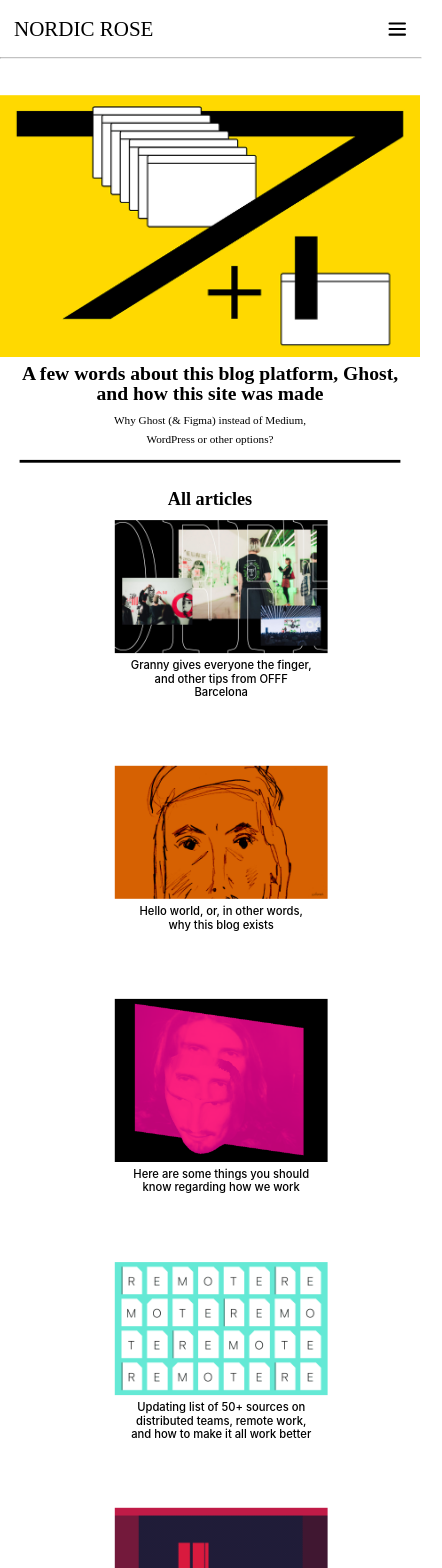
Repository: ThuTrang-jvb/JVB-BT1
Page: Page 2/listing.html
An editor plug-in stored every save of this project. The page is shown before and after the next save, followed by the edit.
The browser window is 600 px wide. The page is 632 px wide, so the pictures cover 632 px, including what lies to the right of the window. The pictures show the part of the page from y = 0 to 2240 px (the page is 3201 px tall), at 70% of full size.

Above is the page before, as saved 2025-06-27 08:59:13.

### Page 2/listing.html
<!DOCTYPE html>
<html lang="en">
<head>
    <meta charset="UTF-8">
    <meta name="viewport" content="width=device-width, initial-scale=1.0">
    <link rel="stylesheet" href="styleListing.css">
    <title>NORDIC ROSE</title>
</head>
<body>
    <div class="header">
        <h1>NORDIC ROSE</h1>
        <div class="nav">
            <p>blog</p>
            <p>about</p>
            <p>links</p>
            <p>projects</p>
        </div>
        <div class="hamburger">
            <span></span>
            <span></span>
            <span></span>
        </div>
    </div>
    <hr>

    <div class="main">
        <div class="title">
            <img src="image/image 2.png" alt="image 2">
            <h1>A few words about this blog platform, Ghost, and how this site was made</h1>
            <p>Why Ghost (& Figma) instead of Medium, <br> WordPress or other options?</p>
            <hr>
        </div>

        <div class="articles">
            <h2>All articles</h2>
            <div class="image_desktop">
                <div class="image">
                    <img src="image/image.png" alt="Rectangle 12">
                    <p>Here are some things you should know regarding how we work </p>
                </div>
                <div class="image">
                    <img src="image/image1.png" alt="Rectangle 13">
                    <p>Granny gives everyone the finger, and other tips from OFFF Barcelona</p>
                </div>
                <div class="image">
                    <img src="image/image2.png" alt="Rectangle 13" >
                    <p>Hello world, or, in other words, why this blog exists </p>
                </div>
                <div class="image">
                    <img src="image/image3.png" alt="Rectangle 12">
                    <p>Here are some things you should know regarding how we work  </p>
                </div>
                <div class="image">
                    <img src="image/image4.png" alt="Rectangle 14">
                    <p>Connecting artificial intelligence with digital product design</p>
                </div>
                <div class="image">
                    <img src="image/image5.png" alt="Rectangle 15">
                    <p>It’s all about finding the perfect balance </p>
                </div>
                <div class="image">
                    <img src="image/image6.png" alt="Rectangle 12">
                    <p>I believe learning is the most important skill</p>
                </div>
                <div class="image">
                    <img src="image/image7.png" alt="Rectangle 13">
                    <p>Clients are part of the team</p>
                </div>
                <div class="image">
                    <img src="image/image8.png" alt="Rectangle 19">
                    <p>Clients are part of the team</p>
                </div>
                <div class="image">
                    <img src="image/image9.png" alt="Rectangle 17">
                    <p>Here are some things you should know regarding how we work </p>
                </div>
                <div class="image">
                    <img src="image/image10.png" alt="Rectangle 16">
                    <p>Connecting artificial intelligence with digital product design</p>
                </div>
                <div class="image">
                    <img src="image/image11.png" alt="Rectangle 18">
                    <p>How modern remote working tools get along with Old School Cowboy's methods</p>
                </div>
            </div>
            <div class="image_mobile">
                <div class="image">
                    <img src="image/image1.png" alt="Rectangle 13">
                    <p>Granny gives everyone the finger, and other tips from OFFF Barcelona</p>
                </div>
                <div class="image">
                    <img src="image/image2.png" alt="">
                    <p>Hello world, or, in other words, why this blog exists</p>
                </div>
                <div class="image">
                    <img src="image/image.png" alt="">
                    <p>Here are some things you should know regarding how we work </p>
                </div>
                <div class="image">
                    <img src="image/image12.png" alt="Retangle 39">
                    <p>Updating list of 50+ sources on distributed teams, remote work, and how to make it all work better</p>
                </div>
                <div class="image">
                    <img src="image/image13.png" alt="Rectangle 37">
                    <p>A few words about this blog platform, Ghost, and how this site was made</p>
                </div>
                <div class="image">
                    <img src="image/image11.png" alt="">
                    <p>How modern remote working tools get along with Old School Cowboy's methods</p>
                </div>
            </div>
        </div>
    </div>
    <div class="footer">
        <div class="line">
            <span class="bold">Digital product design</span>
            <span>Remote work</span>
            <span class="bold">UX design</span>
            <span>Distributed teams</span>
            <span class="bold">Creativity</span>
            <span>Strategy</span>
            <span class="bold">Suspense</span>
            <span>Growth</span>

        </div>
        <p class="logo">NORDIC ROSE</p>
        <p class="para">Lorem ipsum dolor sit amet, consectetur adipiscing elit. Duis eu velit tempus erat egestas efficitur. In hac habitasse platea dictumst. Fusce a nunc eget ligula suscipit finibus. </p>
        <div class="info">
            <p>Twitter</p>
            <p>LinkedIn</p>
            <p>RSS</p>
        </div>
        <p class="year">© 2012–2020 Nordic Rose Co. All rights reserved. </p>
    </div>
</body>
</html>

### Page 2/styleListing.css
 * {
    margin: 0;
 }
.header {
    width: 100%;
    max-width: 1440px;
    height: auto;
    box-sizing: border-box;
    justify-content: space-between;
    align-items: center;
    display: flex;
    gap: 476.59px;
    padding: 52.54px 61px 40px 63.58px;
}
.header h1 {
    font-weight: 400;
    font-size: 30px;
}
.hamburger {
  display: none;
  flex-direction: column;
  gap: 5px;
  cursor: pointer;
}

.hamburger span {
  width: 25px;
  height: 3px;
  background-color: black;
  display: block;
  border-radius: 2px;
}
hr {
    width: 100%;
    margin: 0;
}
.nav {
    font-family: New York Small;
    font-weight: 500;
    font-size: 20px;
    line-height: 170%;
    letter-spacing: 12%;
    text-align: center;
    text-transform: uppercase;
    display: flex;
    gap: 34px;
    padding-top: 6.46px ;
}
.main {
    padding: 76px 293px 0;
}

.title img {
    width: 854px;
    height: 533px;
    display: flex;
    justify-content: center;
}
.title h1 {
    font-family: New York Extra Large;
    font-weight: 700;
    font-size: 54px;
    line-height: 100%;
    letter-spacing: 0%;
    text-align: center;
    max-width: 858px;
}
.title p {
    font-family: SF Mono;
    font-weight: 400;
    font-size: 20px;
    line-height: 170%;
    letter-spacing: 0%;
    text-align: center;
    margin-left: 131px;
    max-width: 592px;

}
.title hr {
    border: 2px solid #000000;
    width: 640px;
    margin-left: 107px;
}
.articles h2 {
    font-family: New York Extra Large;
    font-weight: 700;
    font-size: 44px;
    line-height: 100%;
    letter-spacing: 0%;
    text-align: center;
    max-width: 225px;
    padding-left: 315px;
    padding-top: 64px;
    padding-bottom: 39px;
    margin: 0;
}
.image_desktop img{
    width: 304px;
    height: 176px;
    padding-bottom: 20px;
}
.image_desktop {
    display: grid;
    grid-template-columns: repeat(2, 0fr);
    padding-left: 109px;
    gap: 28px;
}
.image p {
    max-width: 262px;
    padding-bottom: 64px;
    font-family: SF Pro Display;
    font-weight: 500;
    font-size: 22px;
    line-height: 120%;
    text-align: center;
    margin: 0;
}
.image {
    max-width: 304px;
}
.image_mobile {
    display: none;
}
.footer {
    background-color: #000000;
    color: white;
    text-align: center;
    padding-bottom:32px;
}
.bold {
    font-weight: 800;
}
.line {
      font-family: SF Pro Text;
      font-size: 20px;
      color: #fff;
      text-transform: uppercase;
      display: inline-flex;
      flex-wrap: nowrap;
      justify-content: center;
      line-height: 28px;
      max-width: 100%;
      overflow: hidden;
      letter-spacing: 2.8px;
      white-space: nowrap;
      padding-bottom: 105.12px;
}
.line span {
    margin-right: 5px;
}
.footer h1 {
    padding-bottom: 25.58px;
}
.para {
    font-family: New York Small;
    font-weight: 400;
    font-size: 16px;
    line-height: 140%;
    letter-spacing: 0%;
    text-align: center;
    max-width: 488px;
    padding-left: 476px;
    padding-bottom: 32px;
    margin: 0;
}
.info {
    display: flex;
    justify-content: space-between;
    align-items: center;
    max-width: 209px;
    padding-left: 616px;
    padding-bottom: 64px;
}

.info p {
    margin: 0;
    font-family: SF Pro Text;
    font-weight: 500;
    font-size: 16px;
    line-height: 170%;
    text-decoration: underline;
    gap: 28px;
}
.logo {
    margin: 0;
    font-weight: 400;
    font-size: 30px;
    padding-bottom: 25.58px;
}
.footer .year {
    max-width: 178px;
    padding-left: 630px;
}
@media screen and (max-width: 767px) {
    .header {
        padding: 24px 20px;
        gap: 0;
    }

    .nav {
        display: none;
    }

    .hamburger {
        display: flex;
    }
    hr {
        width: 100%;
    }
    .main {
        padding: 52px 0 0 0;
    }

    .title img {
        width: 100%;
        height: auto;
        display: block;
        margin: 0;
    }


    .title h1 {
        font-size: 28px;
        max-width: 100%;
        text-align: center;
        padding: 10px;
        margin: 0 auto;
    }

    .title p {
        font-size: 16px;
        max-width: 90%;
        margin: 0 auto 10px;
        text-align: center;
    }

    .title hr {
        width: 90%;
        margin: 16px auto;
    }

    .articles h2 {
        font-size: 26px;
        padding: 24px 0 16px;
        max-width: 100%;
        padding-left: 0;
    }

    .image_desktop {
        display: none;
    }

    .image_mobile {
        display: flex;
        flex-direction: column;
        align-items: center;
        width: 100%;
        padding: 0 16px;
    }

    .image_mobile .image {
        margin-bottom: 32px;
        display: flex;
        flex-direction: column;
        align-items: center;
    }

    .image_mobile img {
        width: 100%;
        height: auto;
        display: block;
        margin: 0 auto;

    }

    .image_mobile p {
        font-size: 16px;
        text-align: center;
        padding-top: 8px;
    }

    .line {
        flex-wrap: wrap;
        font-size: 14px;
        line-height: 24px;
        padding-bottom: 32px;
        justify-content: center;
    }

    .line span {
        font-size: 14px;
        padding: 4px 8px;
    }

    .logo {
        font-size: 20px;
        padding-bottom: 16px;
    }

    .para {
        font-size: 14px;
        padding: 0 20px 24px;
        margin: 0 auto;
        max-width: 90%;
    }

    .info {
        justify-content: center;
        gap: 16px;
        font-size: 14px;
        padding: 0 0 24px;
        max-width: 100%;
    }

    .footer .year {
        font-size: 12px;
        padding: 0 16px;
    }
}

After the next save:
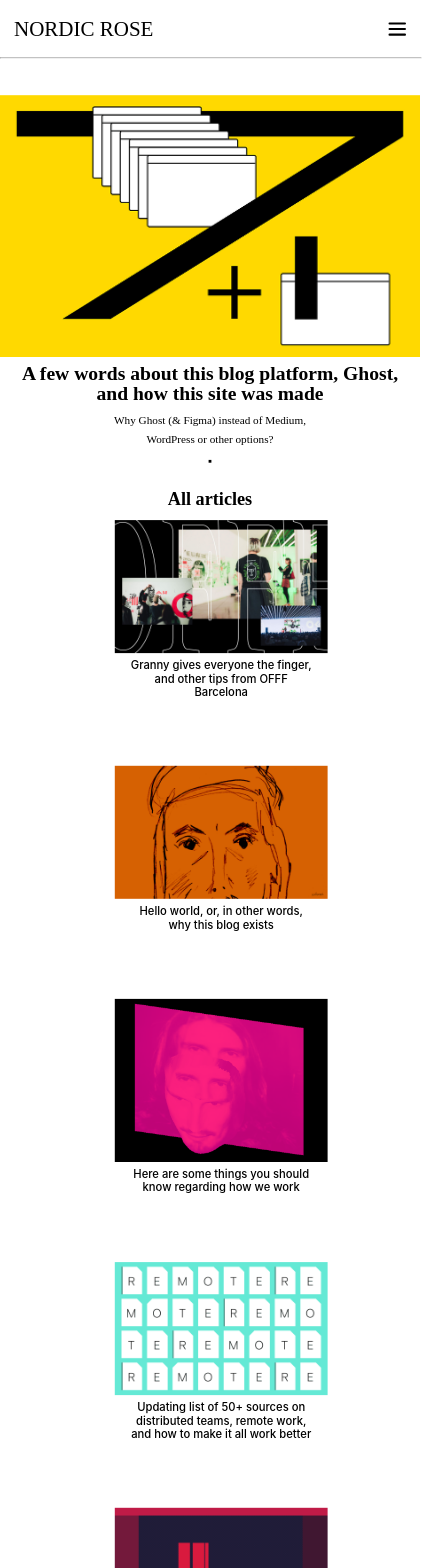
Saved 66 s later.
--- a/Page 2/styleListing.css
+++ b/Page 2/styleListing.css
@@ -235,7 +235,7 @@ hr {
     }
 
     .title hr {
-        width: 90%;
+        width: 0%;
         margin: 16px auto;
     }
 
